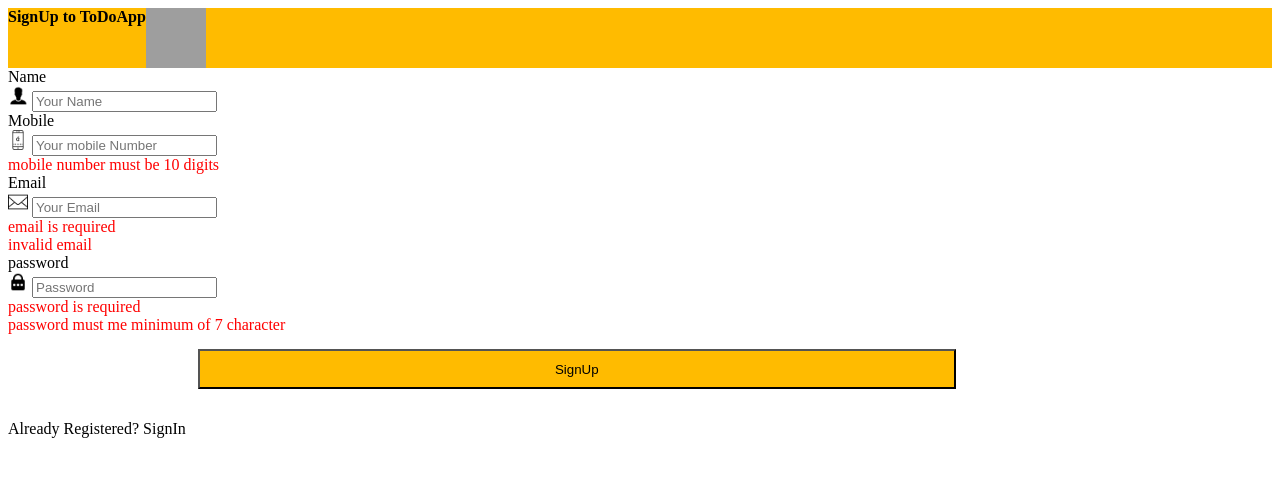
Repository: iamvinayhv/ToDoApp.
Page: toDoApp_2017/src/main/webapp/template/signUp.html
The author's editor kept a copy of each file at every save. The page is drawn from the files as they stood at one save, then again after the next save.
The browser window is 1280 px wide. The pictures show the whole page.
Pictures or frames that could not be fetched are drawn as grey boxes.

Above is the page before, as saved 2017-06-24 09:24:07.

After the next save:
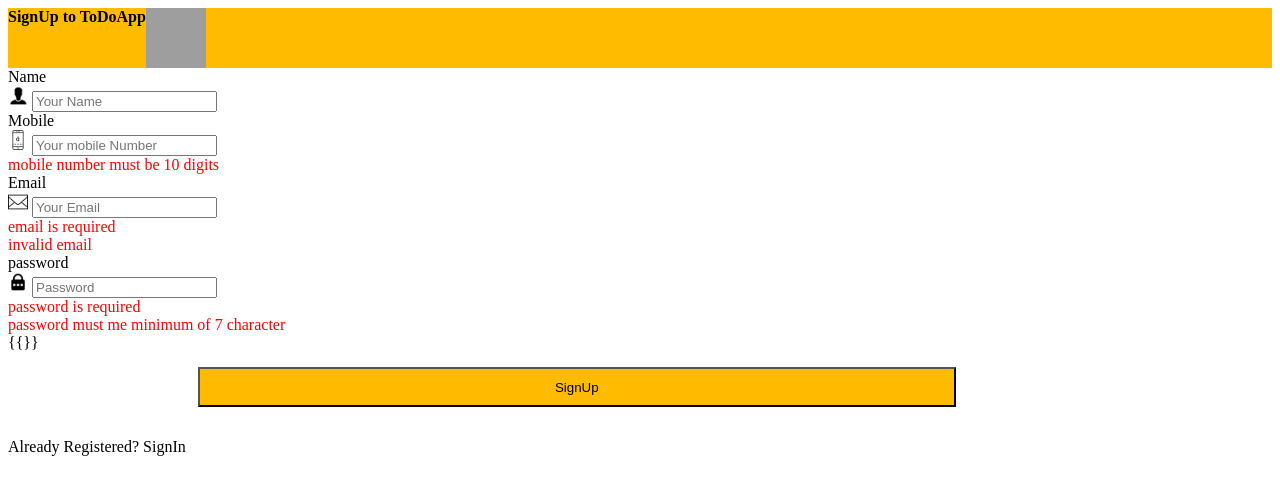
Saved 14 s later.
--- a/toDoApp_2017/src/main/webapp/template/signUp.html
+++ b/toDoApp_2017/src/main/webapp/template/signUp.html
@@ -92,7 +92,7 @@
 
 						<span style="color: red" class="error_form" id="password_error_msg"></span>
 
-							<div></div>
+							<div>{{}}</div>
 
 						<div>
 							<button id="signUp" class="btn btn-success" type="button" data-ng-click="signUp()" style="width: 30%;margin-left: 15%;width: 60%;height: 40px;background-color: #fb0;margin-top: 15px;margin-bottom: 15px;">SignUp</button>
